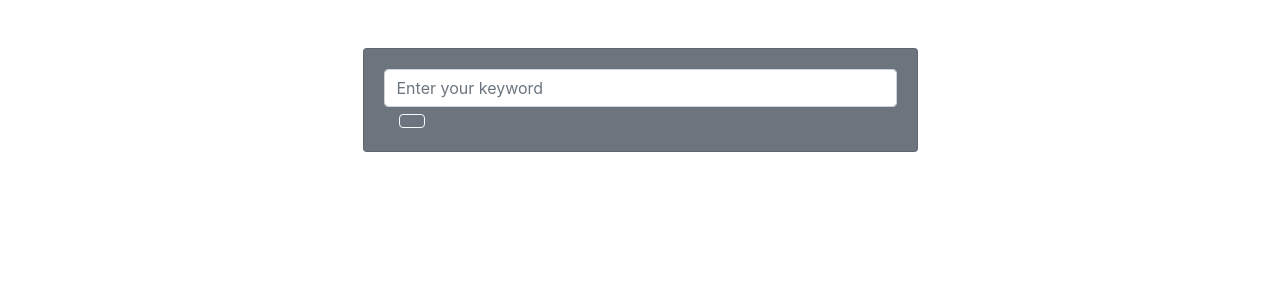
Repository: GovindParve/spring_mvc_maven_search_project
Page: http://localhost/springmvcsearch/home
An editor plug-in stored every save of this project. The page is shown before and after the next save, followed by the edit.
The browser window is 1280 px wide. The pictures show the whole page.
Some web libraries are served in a nearby version. The page is served by Tomcat 9.

Above is the page before, as saved 2023-06-17 18:22:28.

After the next save:
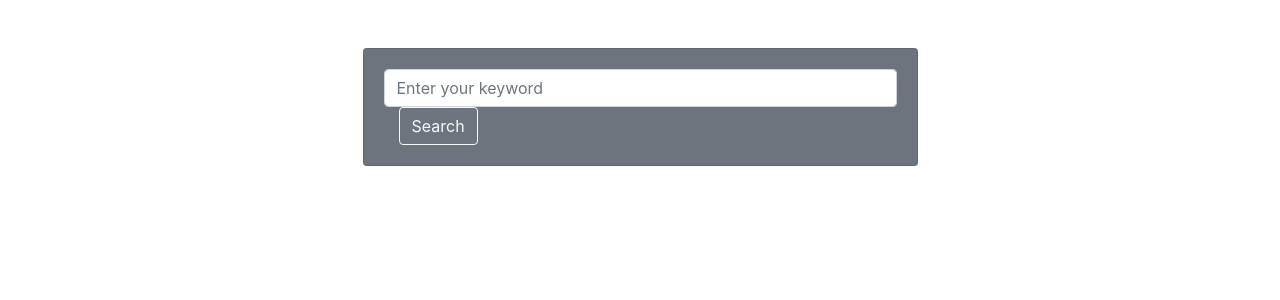
Saved 12 s later.
--- a/springmvcsearch/src/main/webapp/WEB-INF/views/home.jsp
+++ b/springmvcsearch/src/main/webapp/WEB-INF/views/home.jsp
@@ -19,7 +19,7 @@
     					<input type="text" name="querybox" placeholder="Enter your keyword" class="form-control" >
     				</div>
     				<div class="container">
-    					<button class="btn btn-outline-light"></button>
+    					<button class="btn btn-outline-light">Search</button>
     				</div>
     			</form>
     		</div>
